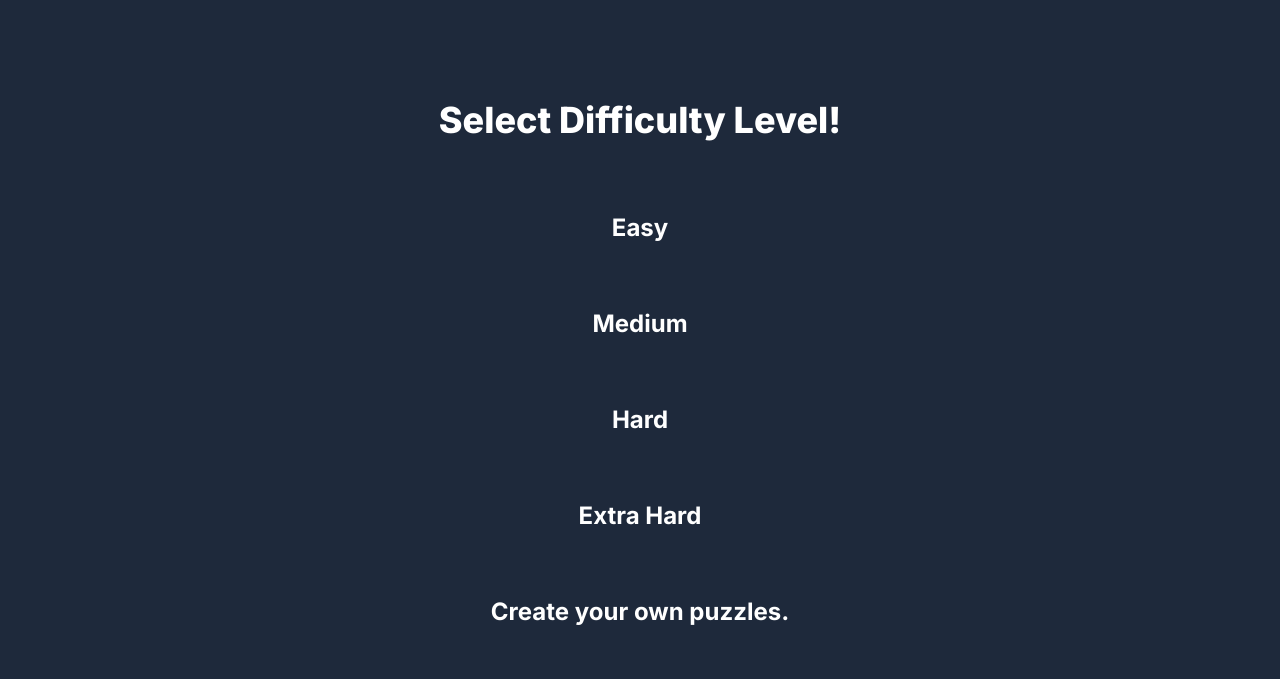
Repository: badhon252/sudoku
Page: /level
The author's editor kept a copy of each file at every save. The page is drawn from the files as they stood at one save, then again after the next save.
The browser window is 1280 px wide. The pictures show the whole page.
The project was rebuilt for these pictures with package versions that can differ from the ones it lists, and the page was loaded fresh each time. The framework's server and built-in components were replaced by stand-ins that run in the browser. Also part of the build but not shown: next.config.js.

Above is the page before, as saved 2023-06-04 21:55:21.

After the next save:
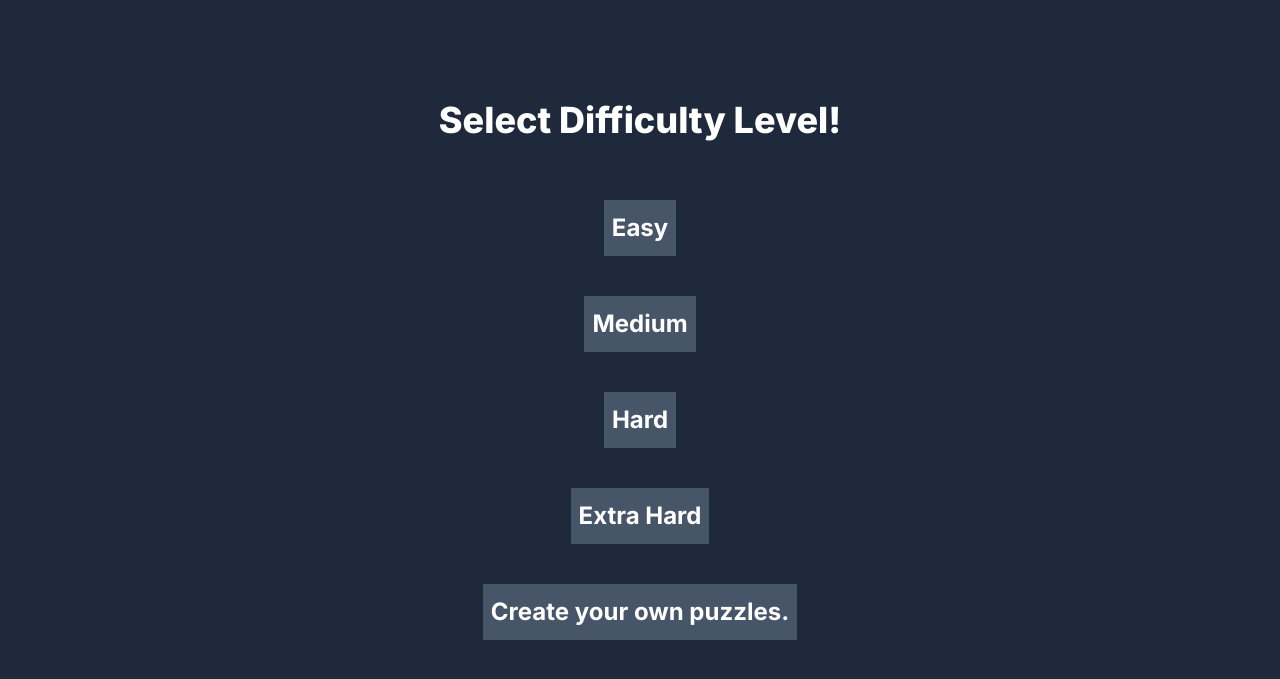
Saved 22 s later.
--- a/app/level/page.tsx
+++ b/app/level/page.tsx
@@ -4,12 +4,12 @@ export default function Level() {
   return (
     <div className='min-h-screen flex flex-col items-center justify-center bg-slate-800 text-white'>
         <h1 className='text-4xl font-extrabold my-10'>Select Difficulty Level! </h1>
-        <button type='button' className='my-5 py-3 px-2 text-2xl font-bold'>Easy</button>
-        <button type='button' className='my-5 py-3 px-2 text-2xl font-bold'>Medium</button>
-        <button type='button' className='my-5 py-3 px-2 text-2xl font-bold'>Hard</button>
-        <button type='button' className='my-5 py-3 px-2 text-2xl font-bold'>Extra Hard</button>
+        <button type='button' className='my-5 py-3 px-2 text-2xl font-bold bg-slate-600'>Easy</button>
+        <button type='button' className='my-5 py-3 px-2 text-2xl font-bold bg-slate-600'>Medium</button>
+        <button type='button' className='my-5 py-3 px-2 text-2xl font-bold bg-slate-600'>Hard</button>
+        <button type='button' className='my-5 py-3 px-2 text-2xl font-bold bg-slate-600'>Extra Hard</button>
 
-        <button type='button' className='my-5 py-3 px-2 text-2xl font-bold'>Create your own puzzles.</button>
+        <button type='button' className='my-5 py-3 px-2 text-2xl font-bold bg-slate-600'>Create your own puzzles.</button>
     </div>
   )
 }
